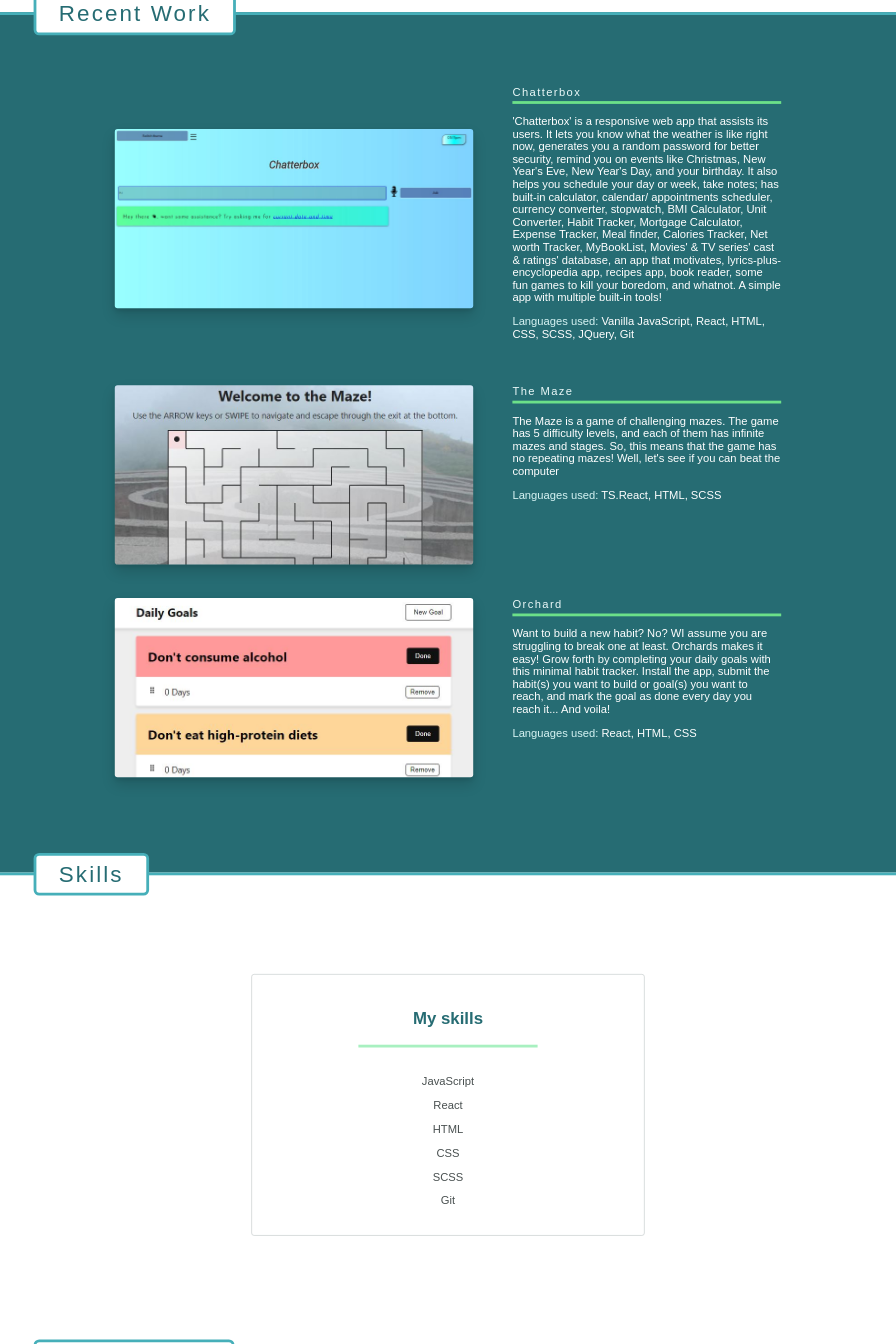
Repository: Abbaskhurram255/port
Page: /
The author's editor kept a copy of each file at every save. The page is drawn from the files as they stood at one save, then again after the next save.
The browser window is 1280 px wide. The pictures show the part of the page from y = 848 to 2768 px (the page is 3086 px tall), at 70% of full size.
The page's requests for data from a server got no answer. Some web fonts or font styles are not loaded; a fallback is used. Some web libraries are served in a nearby version. The project was rebuilt for these pictures with package versions that can differ from the ones it lists, and the page was loaded fresh each time. No one was signed in, and anything a server would have sent is missing.

Above is the page before, as saved 2021-01-02 02:58:43.

After the next save:
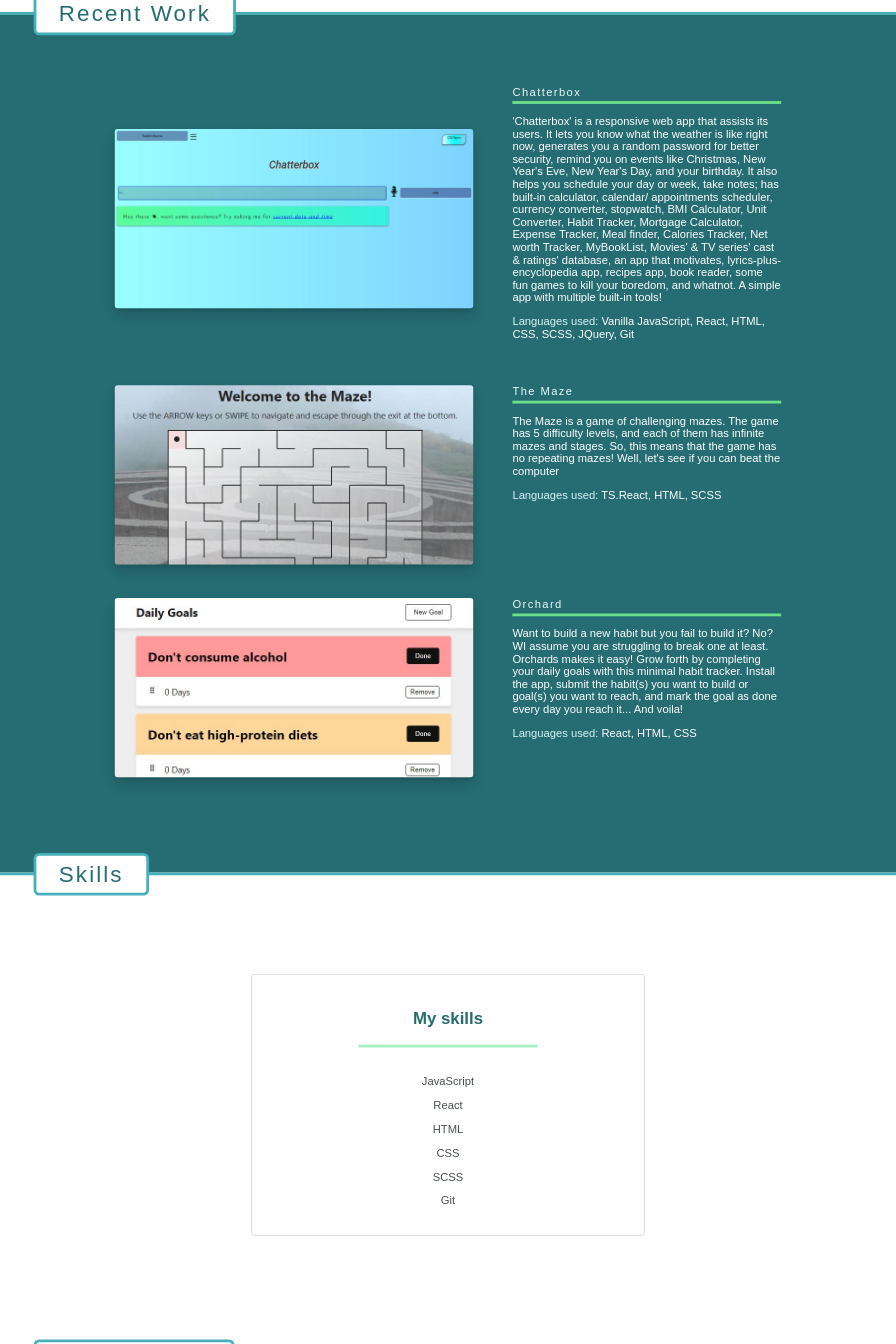
Saved 35 s later.
--- a/src/utils/data.ts
+++ b/src/utils/data.ts
@@ -32,7 +32,7 @@
   },
   {
     description:
-      "Want to build a new habit? No? WI assume you are struggling to break one at least. Orchards makes it easy! Grow forth by completing your daily goals with this minimal habit tracker. Install the app, submit the habit(s) you want to build or goal(s) you want to reach, and mark the goal as done every day you reach it... And voila!",
+      "Want to build a new habit but you fail to build it? No? WI assume you are struggling to break one at least. Orchards makes it easy! Grow forth by completing your daily goals with this minimal habit tracker. Install the app, submit the habit(s) you want to build or goal(s) you want to reach, and mark the goal as done every day you reach it... And voila!",
     image: "orchard",
     name: "Orchard",
     androidVLink: "https://github.com/Abbaskhurram255/habit-builder/raw/main/android/orchard.apk?raw=true",
